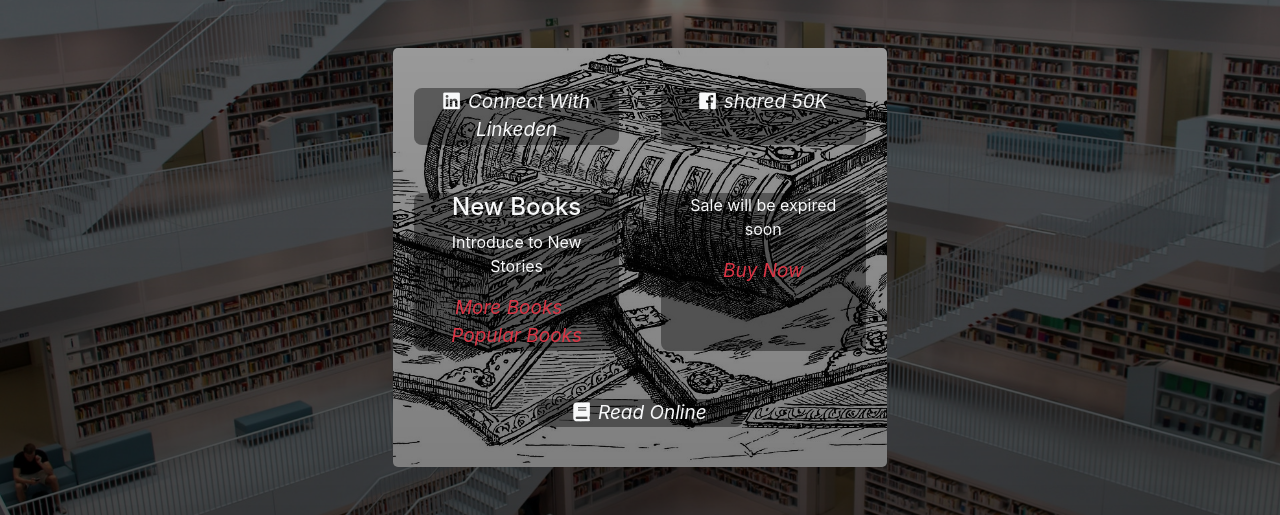
Repository: imedakrouti/BookStore
Page: index.html
The author's editor kept a copy of each file at every save. The page is drawn from the files as they stood at one save, then again after the next save.
The browser window is 1280 px wide. The pictures show the part of the page from y = 4258 to 4773 px (the page is 4773 px tall before and 4766 px after).
Backgrounds fixed to the window are drawn as part of the page. Some web libraries are served in a nearby version.

Above is the page before, as saved 2020-05-07 18:22:03.

### index.html
<!DOCTYPE html>
<html lang="en">
<head>
    <meta charset="UTF-8">
    <!-- meta view-port responsive design -->
    <meta name="viewport" content="width=device-width, initial-scale=1.0">
    <!-- Favicon -->
    <link rel="shortcut icon" href="images/img/title-img.png" type="image/x-icon">
    <!-- Fontawsome -->
    <link rel="stylesheet" href="https://use.fontawesome.com/releases/v5.0.10/css/all.css" integrity="sha384-+d0P83n9kaQMCwj8F4RJB66tzIwOKmrdb46+porD/OvrJ+37WqIM7UoBtwHO6Nlg" crossorigin="anonymous">
    <!-- Css Bootstrap -->
    <link rel="stylesheet" href="pluguin/bootstrap/css/bootstrap.min.css">
    <!-- Css lightbox -->
    <link rel="stylesheet" href="pluguin/lighbox/css/lightbox.min.css">
    <!-- Css style -->
    <link rel="stylesheet" href="styles/styles.css">
    <title>Books Site</title>
</head>
<body>
    <!-- Header -->
    <header class="d-flex align-items-center">
        <div class="align-self-start position-absolute w-100">
          <a href="#">
            <img src="images/img/book.png" width="120" class="img-fluid m-4">
          </a>
          <div href="#"class="float-right">
            <img src="images/img/book.png" width="120" class="img-fluid m-4">
          </div>
        </div>
        <div class="container">
          <div class="row">
            <div class="col text-center">
              <h1 class="text-light display-1 font-italic mb-5 banner-heading">We <img src="images/img/heart.png" width="250" class="img-fluid"> Reading</h1>
              <a href="#" class="btn btn-lg btn-outline-danger text-uppercase px-5">Check Out</a>
            </div>
          </div>
        </div>
      </header>
    <!-- End Of Header -->
    <!-- Gallery -->
    <section class="gallery" >
        <div class="container">
            <!-- TITLE -->
            <div class="row">
                <div class="col text-center p-5">
                    <h1 class="text-uppercase font-itaclic text-secondary gallerie-title">THE BEST LIBRARIES IN THE WORLD</h1>
                </div>
            </div>
            <!-- End Of Title -->
            <!-- first Row Gallery -->
            <div class="row mb-4 first-row align-items-end">
                <div class="col-lg-3 col-sm-6 col-10 mx-auto">
                  <a href="images/img/libraries/library1.jpg" data-lightbox="library" data-title="Clementinum, Prague">
                    <img src="images/img/libraries/library1.jpg" class="img-thumbnail gallery-img">
                  </a>
                </div>
                <div class="col-lg-3 col-sm-6 col-10 mx-auto">
                  <a href="images/img/libraries/library2.jpg" data-lightbox="library" data-title="Bibliotheca Alexandrina, Alexandria, Egypt">
                    <img src="images/img/libraries/library2.jpg" class="img-thumbnail gallery-img">
                  </a>
                </div>
                <div class="col-lg-3 col-sm-6 col-10 mx-auto">
                  <a href="images/img/libraries/library3.jpg" data-lightbox="library" data-title="Trinity College Old Library, Dublin">
                    <img src="images/img/libraries/library3.jpg" class="img-thumbnail gallery-img">
                  </a>
                </div>
                <div class="col-lg-3 col-sm-6 col-10 mx-auto">
                  <a href="images/img/libraries/library4.jpg" data-lightbox="library" data-title="Central Library of Vancouver, Canada">
                    <img src="images/img/libraries/library4.jpg" class="img-thumbnail gallery-img">
                  </a>
                </div>
              </div>
            <!-- End First Row -->
            <!-- Second Row -->
            <div class="row mb-4 second-row align-items-end">
                <div class="col-lg-3 col-sm-6 col-10 mx-auto">
                  <a href="images/img/libraries/library5.jpg" data-lightbox="library" data-title="Library of Congress, Washington, D.C.">
                    <img src="images/img/libraries/library5.jpg" class="img-thumbnail gallery-img">
                  </a>
                </div>
                <div class="col-lg-3 col-sm-6 col-10 mx-auto">
                  <a href="images/img/libraries/library6.jpg" data-lightbox="library" data-title="New York Public Library (Stephen A. Schwarzman Building)">
                    <img src="images/img/libraries/library6.jpg" class="img-thumbnail gallery-img">
                  </a>
                </div>
                <div class="col-lg-3 col-sm-6 col-10 mx-auto">
                  <a href="images/img/libraries/library7.jpg" data-lightbox="library" data-title="Marciana Library, Venice">
                    <img src="images/img/libraries/library7.jpg" class="img-thumbnail gallery-img">
                  </a>
                </div>
                <div class="col-lg-3 col-sm-6 col-10 mx-auto">
                  <a href="images/img/libraries/library8.jpg" data-lightbox="library" data-title="Seattle Public Library’s Central Library">
                    <img src="images/img/libraries/library8.jpg" class="img-thumbnail gallery-img">
                  </a>
                </div>
              </div>
            <!-- End Second Row -->
            </div>
    </section>
    <!-- End Of Gallery -->
    <!--  Famous Writer -->
    <section class="writer pb-5">
        <div class="container">
              <!-- TITLE -->
         <div class="row">
            <div class="col text-center p-5">
                <h1 class="text-uppercase font-itaclic text-secondary gallerie-title">THE MOST FAMOUS WRITERS</h1>
            </div>
        </div>
        <!-- End Of Title -->
        <div class="row">
            <div class="col-lg-4 text-center align-self-center">
                <a href="#"><img src="images/img/writers/William_Shakespeare-book1.jpg" id="book1"alt=""class="img-fluid"></a>
            </div>
            <div class="col-lg-4">
                <div id="accordianId" class="accordin-writers">
                    <div class="card show">
                        <div class="card-header p-5" role="tab" id="William Shakespeare">
                            <h5 class="mb-0">
                                <a data-toggle="collapse"id="button-William_Shakespeare" data-parent="#accordianId" href="#collapseone" aria-expanded="true" aria-controls="section1ContentId"class="btn btn-lg btn-block btn-outline-danger">
                                    William Shakespeare
                        </a>
                            </h5>
                        </div>
                        <div id="collapseone" class="collapse in" role="tabpanel" aria-labelledby="William Shakespeare">
                            <div class="card-body">
                               <div class="card">
                                   <img class="card-img-top" src="images/img/writers/William_Shakespeare.jpg" alt="">
                                   <div class="card-body">
                                    <p class="card-text">Lorem ipsum, dolor sit amet consectetur adipisicing elit. Laudantium, ducimus!</p>
                                    <a href="#"class="btn btn-block btn-primary">More Books</a>
                                </div>
                                </div>
                            </div>
                        </div>
                    </div>
                    <div class="card">
                        <div class="card-header p-5" role="tab" id="Charles Dicken">
                            <h5 class="mb-0">
                                <a data-toggle="collapse" data-parent="#accordianId" data-target="#collapsetwo"id="button-Charles_Dickens" aria-expanded="true" aria-controls="section1ContentId"class="btn btn-lg btn-block btn-outline-danger">
                                    Charles Dicken
                        </a>
                            </h5>
                        </div>
                        <div id="collapsetwo" class="collapse in" role="tabpanel" aria-labelledby="Charles Dicken">
                            <div class="card-body">
                               <div class="card">
                                   <img class="card-img-top" src="images/img/writers/Charles_Dickens.jpg" alt="">
                                   <div class="card-body">
                                    <p class="card-text">Lorem ipsum, dolor sit amet consectetur adipisicing elit. Laudantium, ducimus!</p>
                                    <a href="#"class="btn btn-block btn-primary">More Books</a>
                                </div>
                                </div>
                            </div>
                        </div>
                    </div>
                    <div class="card">
                        <div class="card-header p-5" role="tab" id="Jane Austen">
                            <h5 class="mb-0">
                                <a data-toggle="collapse" data-parent="#accordianId" id="button-Jane_Austen"href="#collapsethree" aria-expanded="true" aria-controls="section1ContentId"class="btn btn-lg btn-block btn-outline-danger">
                                    Jane Austen
                        </a>
                            </h5>
                        </div>
                        <div id="collapsethree" class="collapse in" role="tabpanel" aria-labelledby="Jane Austen">
                            <div class="card-body">
                               <div class="card">
                                   <img class="card-img-top" src="images/img/writers/Jane_Austen.jpg" alt="">
                                   <div class="card-body">
                                    <p class="card-text">Lorem ipsum, dolor sit amet consectetur adipisicing elit. Laudantium, ducimus!</p>
                                    <a href="#"class="btn btn-block btn-primary">More Books</a>
                                </div>
                                </div>
                            </div>
                        </div>
                    </div>
                    <div class="card">
                        <div class="card-header p-5" role="tab" id="Victor Hugo">
                            <h5 class="mb-0">
                                <a data-toggle="collapse" data-parent="#accordianId"id="button-Victor_Hugo" href="#collapsefour" aria-expanded="true" aria-controls="section1ContentId"class="btn btn-lg btn-block btn-outline-danger">
                                    Victor Hugo
                        </a>
                            </h5>
                        </div>
                        <div id="collapsefour" class="collapse in" role="tabpanel" aria-labelledby="Victor Hugo">
                            <div class="card-body">
                               <div class="card">
                                   <img class="card-img-top" src="images/img/writers/Victor_Hugo.jpg" alt="">
                                   <div class="card-body">
                                    <p class="card-text">Lorem ipsum, dolor sit amet consectetur adipisicing elit. Laudantium, ducimus!</p>
                                    <a href="#"class="btn btn-block btn-primary">More Books</a>
                                </div>
                                </div>
                            </div>
                        </div>
                    </div>
                    <a href="" class="btn btn-block btn-outline-info mt-3">More Writers</a>
                </div>
            </div>
            <div class="col-lg-4 d-flex align-items-center justify-content-center">
                <a href="#"><img src="images/img/writers/William_Shakespeare-book2.jpg" id="book2"alt=""class="img-fluid"></a>
            </div>
        </div>
        </div>
    </section>
    <!-- End Of Famous Writer -->
    <!-- Suggeted Book -->
    <section class="suggested-books pb-5">
        <div class="container-fluid">
          <!-- title -->
          <div class="row">
            <div class="col text-center py-5">
              <h1 class="text-secondary text-uppercase font-italic common-title text-light gallerie-title">Suggested Books</h1>
            </div>
          </div>
          <!-- end of title -->
          <div class="row">
            <div class="col-lg-6 col-md-8 col-sm-10 mx-auto books">
              <a href="#"><img src="images/img/suggested-books/book1.jpg" class="img-fluid book book-1"></a>
              <a href="#"><img src="images/img/suggested-books/book2.jpg" class="img-fluid book book-2"></a>
              <a href="#"><img src="images/img/suggested-books/book3.jpg" class="img-fluid book book-3"></a>
              <a href="#"><img src="images/img/suggested-books/book4.jpg" class="img-fluid book book-4"></a>
            </div>
          </div>
        </div>
      </section>
    <!-- End Suggeted Book -->
    <!-- Populer book -->
    <section class="populer-book p-5">
            <div class="video-container">
                <video class="bg-video"autoplay muted loop>
                    <source src="videos/Lulu_latte.mp4"type="video/mp4">
                    <source src="videos/Lulu_latte.webm"type="video/webm">
                        Browser d'ont support videos
                </video>
            </div>
            <div class="container-fluid">
                <!-- title -->
                <div class="row">
                  <div class="col text-center py-5">
                    <h1 class="text-secondary text-uppercase font-italic common-title text-light gallerie-title">THE MOST POPULAR BOOKS OF WEEK</h1>
                  </div>
                </div>
                <!-- end of title -->
                <div class="row">
                    <div class="col-xl-3 col-lg-4 col-sm-8 rotate mx-auto">
                      <div class="card text-center mb-3 book-card mx-auto book-card">
                          <div class="card-header">
                              <h4 class="text-muted text-capitalize">A Tale of Two Cities</h4>
                          </div>
                         <div class="card-body">
                             <img src="images/img/Popular-Books/A-Tale-of-Two-Cities.jpg" class="img-fluid rounded" alt="">
                         </div>
                         <div class="card-footer">
                          By Charles Dickens
                         </div>
                         <div class="back">
                            <div class="back-content">
                                <h3 class="text-uppercase">only for</h3>
                           <h3 cmass="mb-3"> $30 </h3>
                           <p><del>$100</del></p>
                           <a href="#"class="btn btn-outline-danger px-4">Buy Now</a>
                            </div>
                         </div>

                      </div>
                    </div>
                    <div class="col-xl-3 col-lg-4 col-sm-8 rotate mx-auto">
                      <div class="card text-center mb-3 book-card mx-auto">
                          <div class="card-header">
                              <h4 class="text-muted text-capitalize">A Tale of Two Cities</h4>
                          </div>
                         <div class="card-body">
                             <img src="images/img/Popular-Books/One-Hundred-Years-of-Solitude.jpg" class="img-fluid rounded" alt="">
                         </div>
                         <div class="card-footer">
                          By Charles Dickens
                         </div>
                         <div class="back">
                            <div class="back-content">
                                <h3 class="text-uppercase">only for</h3>
                           <h3 cmass="mb-3"> $30 </h3>
                           <p><del>$100</del></p>
                           <a href="#"class="btn btn-outline-danger px-4">Buy Now</a>
                            </div>
                         </div>
                      </div>
                    </div>
                    <div class="col-xl-3 col-lg-4 col-sm-8 rotate mx-auto">
                      <div class="card text-center mb-3 book-card mx-auto">
                          <div class="card-header">
                              <h4 class="text-muted text-capitalize">A Tale of Two Cities</h4>
                          </div>
                         <div class="card-body">
                             <img src="images/img/Popular-Books/Don-Quixote.jpg" class="img-fluid rounded" alt="">
                         </div>
                         <div class="card-footer">
                          By Charles Dickens
                         </div>
                         <div class="back">
                            <div class="back-content">
                                <h3 class="text-uppercase">only for</h3>
                           <h3 cmass="mb-3"> $30 </h3>
                           <p><del>$100</del></p>
                           <a href="#"class="btn btn-outline-danger px-4">Buy Now</a>
                            </div>
                         </div>
                      </div>
                    </div>
                </div>
            </div>
    </section>
      <!-- End Populer book -->
    <!-- CONTACT SECTION -->

    <section class="p-5 contact">
        <div class="container-fluid">
            <div class="row">
                <div class="col-xl-5 col-md-8 col-sm-10 mx-auto">
                    <div class="row wrapper-items py-3 text-center">
                        <div class="col-sm-5 col-8 floating-item first-item my-4 p2 mx-auto">
                            <a href="" class=" text-light "><i class="fab fa-linkedin mr-2"></i>Connect With Linkeden</a>
                        </div>
                        <div class="col-sm-5 col-8 floating-item second-item my-4 p2 mx-auto">
                            <a href="" class=" text-light"><i class="fab fa-facebook mr-2"></i>shared 50K</a>
                        </div>
                        <div class="col-sm-5 col-8 floating-item third-item my-4 p2 mx-auto">
                            <div class="text-light">
                                <h4>New Books</h4>
                                <p>Introduce to New Stories</p>
                                <a href="#" class="  text-danger mr-3">More Books</a>
                                <a href="#" class="  text-danger">Popular Books</a>
                              </div>
                        </div>
                        <div class="col-sm-5 col-8 floating-item fourth-item my-4 p2 mx-auto">
                            <div class="text-light">
                                <p>Sale will be expired soon</p>
                                <a href="#" class="  text-danger">Buy Now</a>
                              </div>
                        </div>
                        <div class="col-sm-5 col-8 floating-item fifth-item my-4 p2 mx-auto">
                            <a href="#" class=" text-light"><i class="fas fa-book mr-2"></i>Read Online</a>
                        </div>
                    </div>
                </div>

            </div>
        </div>
    </section>

     <!-- END OF CONTACT SECTION -->

<!-- Jquery -->
<script src="pluguin/jquery-3.3.1.min.js"></script>
<!-- Popper js -->
<script src="pluguin/popper.js"></script>
<!-- Bootstrap js  -->
<script src="pluguin/bootstrap/js/bootstrap.min.js"></script>
<!-- Lightbox -->
<script src="pluguin/lighbox/js/lightbox.min.js"></script>
<!-- Own js file -->
<script src="js/script.js"></script>
<script>

</script>
</body>

</html>

### styles/styles.css
@import url('https://fonts.googleapis.com/css?family=Great+Vibes&display=swap');

*{
    margin: 0;
    padding: 0;
    box-sizing:border-box;
}
body{
    /* font-family: 'Great Vibes', cursive; */
}
a:hover{
    text-decoration: none;
}
/*Header*/
header{
    height: 100vh;
    background:linear-gradient(rgba(0,0,0,0.6),rgba(0,0,0,0.7)),url('../images/img/header-bg.jpeg')no-repeat fixed center /cover;
    clip-path: polygon(0 0, 100% 0, 100% 90%, 0 100%);
    display: flex;
    align-items: center;
}

.banner-heading::first-letter{
    font-family: 'Great Vibes', cursive;
    font-size: 10rem;
    /* letter-spacing: 12px; */
    margin-right: 20px;
}
@keyframes heart{
    0%{
        transform: scale(1);
        -webkit-transform: scale(1);
        -moz-transform: scale(1);
        -ms-transform: scale(1);
        -o-transform: scale(1);
}
    40%{
        transform: scale(1.1);
        -webkit-transform: scale(1.1);
        -moz-transform: scale(1.1);
        -ms-transform: scale(1.1);
        -o-transform: scale(1.1);
}
    60%{
        transform: scale(1.05);
        -webkit-transform: scale(1.05);
        -moz-transform: scale(1.05);
        -ms-transform: scale(1.05);
        -o-transform: scale(1.05);
}
    80%{
        transform: scale(1.1);
        -webkit-transform: scale(1.1);
        -moz-transform: scale(1.1);
        -ms-transform: scale(1.1);
        -o-transform: scale(1.1);
}
    80%{
        transform: scale(1);
        -webkit-transform: scale(1);
        -moz-transform: scale(1);
        -ms-transform: scale(1);
        -o-transform: scale(1);
}
}
.banner-heading img{
    animation: heart 2s infinite;
    -webkit-animation: heart 2s infinite;
}
.bouton{
    background:transparent;
    border:1px solid red;
    color:#eee;
}
.bouton:hover{
    background:red;

    color:#eee;
}
/*End Of Header*/

/* Gallery*/
.gallerie-title{
display: inline-block;
font-size: 3rem;
font-weight: 500;
text-shadow: 2px 2px 5px #aaaa;
}
.gallerie-title::first-letter{
    font-family: 'Great Vibes', cursive;
    font-size: 10rem;
    margin-right: 10px;
}
.gallerie-title:hover{
    transform: translate(-5px,-3px);
    text-shadow: 2px 5px 20px #aaa;
    -webkit-transform: translate(-5px,-3px);
    -moz-transform: translate(-5px,-3px);
    -ms-transform: translate(-5px,-3px);
    -o-transform: translate(-5px,-3px);
}
.gallery-img{
    backface-visibility: hidden;
    transition:.6s;
    -webkit-transition:.6s;
    -moz-transition:.6s;
    -ms-transition:.6s;
    -o-transition:.6s;
    -webkit-backface-visibility: hidden;
}
.gallery-img:hover{
    transform: scale(1.1);


}

/* End Of Gallery*/
/* Famous Writter */
.writer{
    background:linear-gradient(rgba(255,255,255,0.6),rgba(255,255,255,0.7)), url('../images/img/writers-bg.jpeg')  no-repeat fixed center/ cover;
}
/* EndFamous Writter */
/* Suggeted Books */
.suggested-books {
    height: 110vh;
    background:url('../images/img/wood-bg.jpeg')  no-repeat fixed center/ cover;
}

.books {
    position: relative;
    height: 100%;

}

.book {
    width: 35%;
    position: absolute;
    box-shadow: 5px 5px 15px #444;
    border-right: 5px solid #777;
    border-bottom: 10px solid #444;
    transition: all .7s ease-in-out;
}

.book-1 {
    top: 5%;
    left: 20%;
    transform: rotate(-45deg);
}

.book-2 {
    top: 20%;
    left: 50%;
    transform: rotate(40deg);
}

.book-3 {
    top: 40%;
    left: 40%;
    transform: rotate(55deg);
}

.book-4 {
    top: 35%;
    left: 10%;
    transform: rotate(-38deg);
}

.book:hover {
    transform: scale(1.3) rotateX(20deg);
    z-index: 50;
    box-shadow: 5px 5px 25px #444;
    border-right: 10px solid #ddd;
    border-bottom: 20px solid #bbb;
}
/* End Suggeted Books */
/* Populer Book */

.populer-book{
    position: relative;
}
.video-container{
    position: absolute;
    top:0;
    left:0;
    width: 100%;
    height: 100%;

}
.bg-video{
    object-fit: cover;
    width: 100%;
    height: 100%;
    z-index: -1;
    opacity: .4;
}
.book-card{
    position: relative;
    box-shadow:3px 7px 50px #444;
    max-width:420px;

    transition: all 0.8s;
    -webkit-transition: all 0.8s;
    -moz-transition: all 0.8s;
    -ms-transition: all 0.8s;
    -o-transition: all 0.8s;
}
.back{
    position: absolute;
    background:#fefefe;
    height: 100%;
    width: 100%;
    /*top:-100%;
    opacity: 1;
    */opacity:0;
    transform: rotateY(180deg);
    user-select: none;
    pointer-events: none;
    transition: all .8s;
    -webkit-transition: all .8s;
    -moz-transition: all .8s;
    -ms-transition: all .8s;
    -o-transition: all .8s;
    -webkit-transform: rotateY(180deg);
    -moz-transform: rotateY(180deg);
    -ms-transform: rotateY(180deg);
    -o-transform: rotateY(180deg);
}
.rotate{
    perspective: 80rem;
}
.back-content{
    display: flex;
    flex-direction: column;
    align-items: center;
    justify-content: center;
    height: 100%;
}
.rotate:hover .book-card{
    transform: rotateY(180deg);
    -webkit-transform: rotateY(180deg);
    -moz-transform: rotateY(180deg);
    -ms-transform: rotateY(180deg);
    -o-transform: rotateY(180deg);
}
.rotate:hover .back{
    top: 0;
    opacity: 1;
    user-select: auto;
    pointer-events: auto;
}
/* End Populer Book */

/* CONTACT  */
.contact{
    background:linear-gradient(rgba(0,0,0,0.6),rgba(0,0,0,0.7)),url('../images/img/header-bg.jpeg')no-repeat center center/cover;
}
.wrapper-items{
    background:linear-gradient(rgba(0,0,0,0.4),rgba(0,0,0,0.5)),url('../images/img/items-wrapper-bg.jpg')no-repeat center center/cover;
    border-radius:5px;
    -webkit-border-radius:5px;
    -moz-border-radius:5px;
    -ms-border-radius:5px;
    -o-border-radius:5px;
}
.floating-item{
    background:rgba(0,0,0,0.4);
    border-radius:8px;
    -webkit-border-radius:8px;
    -moz-border-radius:8px;
    -ms-border-radius:8px;
    -o-border-radius:8px;
}
.floating-item a{
    font-style: italic;
    font-size: 19px;
}

/* eND CONTACT  */

### js/script.js
$(document).ready(function(){
    lightbox.option({
        'wrapAround': true
      });
      $('.accordin-writers').click(function(event) {

         if(event.target.id.split('-')[0] === 'button') {
           $('#book1').attr('src', 'images/img/writers/' + event.target.id.split('-')[1] + '-book1.jpg');
          $('#book2').attr('src', 'images/img/writers/' + event.target.id.split('-')[1] + '-book2.jpg');
          }
        console.log(event.target.id.split('-')[1] + '-book1.jpg');

      });
});

Loaded but not shown: pluguin/bootstrap/css/bootstrap.min.css (library); pluguin/lighbox/css/lightbox.min.css (common file); pluguin/jquery-3.3.1.min.js (library); pluguin/popper.js (library); pluguin/bootstrap/js/bootstrap.min.js (library); pluguin/lighbox/js/lightbox.min.js (library)

After the next save:
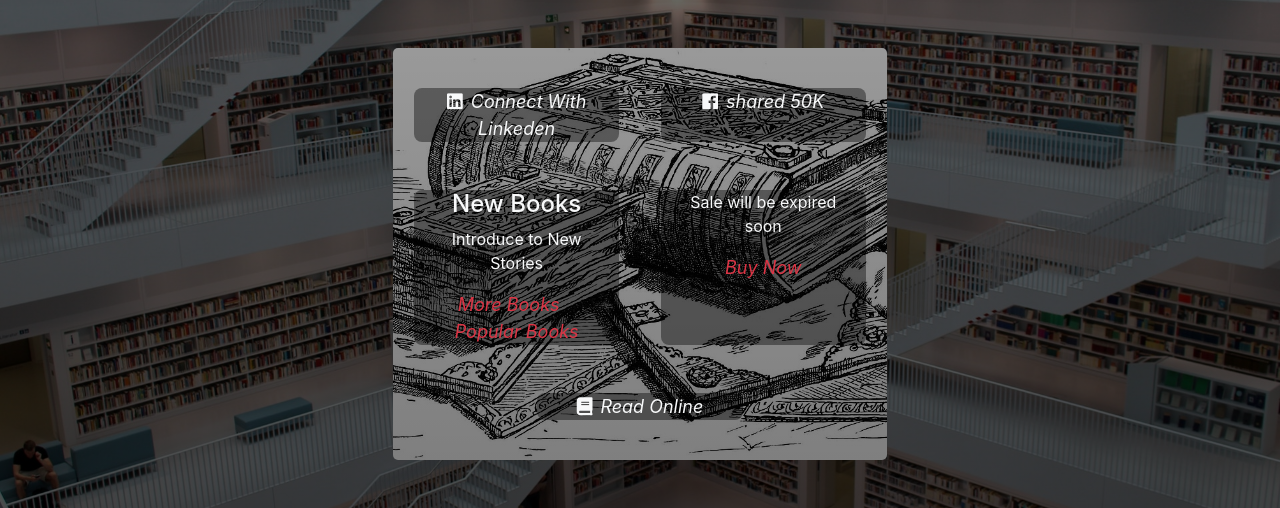
Saved 7 s later.
--- a/styles/styles.css
+++ b/styles/styles.css
@@ -272,7 +272,7 @@
 }
 .floating-item a{
     font-style: italic;
-    font-size: 19px;
+    font-size: 18px;
 }
 
 /* eND CONTACT  */
